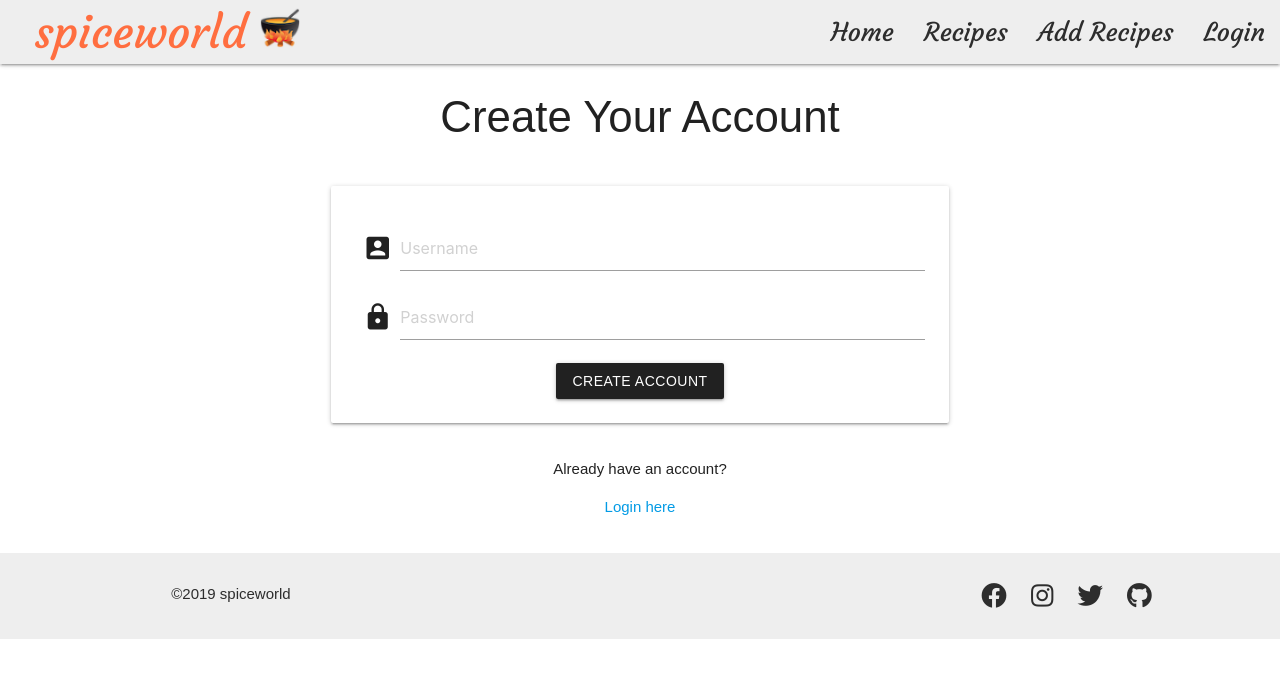
Repository: stephyraju/spiceworld
Page: templates/register.html
The author's editor kept a record of every edit. The page is drawn from the files as they stood at one moment, then again after the next edit.
The browser window is 1280 px wide. The pictures show the whole page.
Some web libraries are served in a nearby version. The page is served by the project's application, run on Flask 3 (app.py). The template is opened directly, without the code that normally fills it, so the values that code supplies are empty.

Above is the page before.

### templates/register.html
{% extends 'index.html' %} {% block content %}
<section class="register-form">
    <div class="row center">
        <h3>Create Your Account</h3>
    </div>
    <div class="row">
        <div class="col s12 m8 offset-m2 l6 offset-l3">
            <div class="card-panel login center">
                <form method="POST" action="{{url_for('register')}}">
                    <div class="input-field">
                        <i class="material-icons prefix">account_box</i>
                        <input type="text" id="username" name="username" class="form-control"
                        placeholder="Username" required>
                    </div>
                    <div class="input-field">
                        <i class="material-icons prefix">lock</i>
                        <input type="password" id="password" name="password" class="form-control"
                        placeholder="Password" required>
                    </div>
                    <a class="waves-effect waves-light btn grey darken-4">CREATE ACCOUNT</a>
                </form>
            </div>
        </div>
    </div>
    <div class="row center">
        <p class="login-register text-center">Already have an account?</p>
        <p><a href="{{url_for('index')}}"><strong>Login here</strong></a></p>

        <!-- if the user already exists,display an error message  -->
        {% with messages = get_flashed_messages() %} {% if messages %} {% for message in messages %}
        <p class="error_message">{{ message }}</p>
        {% endfor %} {% endif %} {% endwith %}

</section>
{% endblock %}

### templates/index.html
{% extends 'base.html'%} {% block content %}
<!-- Title image -->
<section class="title-container section-container">
 <img src="{{ url_for('static', filename='images/titleimg.jpg') }}" alt="title image">
 <div class="intro-content">
  <h5>Everyday Cooking Recipes</h5>
 </div>
</section>

<!-- Category -->
<section class="catergory-container section-container">
 <div class="row">
  <div class="col s1 offset-s2">
   <!-- Dropdown Trigger -->
   <a class='dropdown-trigger' href='#' data-target='dropdown1'>Starter</a>
  </div>
  <!-- Dropdown Structure -->
  <ul id='dropdown1' class='dropdown-content'>
   <li><a href="#!">one</a></li>
   <li><a href="#!">two</a></li>
   <li><a href="#!">three</a></li>
   <li><a href="#!">four</a></li>
   <li><a href="#!">five</a></li>
  </ul>

  <div class="col s1">
   <!-- Dropdown Trigger -->
   <a class='dropdown-trigger' href='#' data-target='dropdown1'>Main</a>
  </div>
  <!-- Dropdown Structure -->
  <ul id='dropdown1' class='dropdown-content'>
   <li><a href="#!">one</a></li>
   <li><a href="#!">two</a></li>
   <li><a href="#!">three</a></li>
   <li><a href="#!">four</a></li>
   <li><a href="#!">five</a></li>
  </ul>
  <div class="col s1">
   <!-- Dropdown Trigger -->
   <a class='dropdown-trigger' href='#' data-target='dropdown1'>Snacks</a>
  </div>
  <!-- Dropdown Structure -->
  <ul id='dropdown1' class='dropdown-content'>
   <li><a href="#!">one</a></li>
   <li><a href="#!">two</a></li>
   <li><a href="#!">three</a></li>
   <li><a href="#!">four</a></li>
   <li><a href="#!">five</a></li>
  </ul>
  <div class="col s1">
   <!-- Dropdown Trigger -->
   <a class='dropdown-trigger' href='#' data-target='dropdown1'>Dessert</a>
  </div>
  <!-- Dropdown Structure -->
  <ul id='dropdown1' class='dropdown-content'>
   <li><a href="#!">one</a></li>
   <li><a href="#!">two</a></li>
   <li><a href="#!">three</a></li>
   <li><a href="#!">four</a></li>
   <li><a href="#!">five</a></li>
  </ul>
  <div class="col s1">
   <!-- Dropdown Trigger -->
   <a class='dropdown-trigger' href='#' data-target='dropdown1'>Drinks</a>
  </div>
  <!-- Dropdown Structure -->
  <ul id='dropdown1' class='dropdown-content'>
   <li><a href="#!">one</a></li>
   <li><a href="#!">two</a></li>
   <li><a href="#!">three</a></li>
   <li><a href="#!">four</a></li>
   <li><a href="#!">five</a></li>
  </ul>
  <div class="col s1">
   <!-- Dropdown Trigger -->
   <a class='dropdown-trigger' href='#' data-target='dropdown1'>Baking</a>
  </div>
  <!-- Dropdown Structure -->
  <ul id='dropdown1' class='dropdown-content'>
   <li><a href="#!">one</a></li>
   <li><a href="#!">two</a></li>
   <li><a href="#!">three</a></li>
   <li><a href="#!">four</a></li>
   <li><a href="#!">five</a></li>
  </ul>
  <div class="col s1">
   <!-- Dropdown Trigger -->
   <a class='dropdown-trigger' href='#' data-target='dropdown1'>BBQ</a>
  </div>
  <!-- Dropdown Structure -->
  <ul id='dropdown1' class='dropdown-content'>
   <li><a href="#!">one</a></li>
   <li><a href="#!">two</a></li>
   <li><a href="#!">three</a></li>
   <li><a href="#!">four</a></li>
   <li><a href="#!">five</a></li>
  </ul>
  <div class="col s1">
   <!-- Dropdown Trigger -->
   <a class='dropdown-trigger' href='#' data-target='dropdown1'>Salads</a>
  </div>
  <!-- Dropdown Structure -->
  <ul id='dropdown1' class='dropdown-content'>
   <li><a href="#!">one</a></li>
   <li><a href="#!">two</a></li>
   <li><a href="#!">three</a></li>
   <li><a href="#!">four</a></li>
   <li><a href="#!">five</a></li>
  </ul>
 </div>
</section>
<!-- Carosal-Display -->
<section class="carosal-display">
 <div class="row">

  <div class="carousel">
   <a class="carousel-item" href="#one!"><img src="https://lorempixel.com/250/250/nature/1"></a>
   <a class="carousel-item" href="#two!"><img src="https://lorempixel.com/250/250/nature/2"></a>
   <a class="carousel-item" href="#three!"><img src="https://lorempixel.com/250/250/nature/3"></a>
   <a class="carousel-item" href="#four!"><img src="https://lorempixel.com/250/250/nature/4"></a>
   <a class="carousel-item" href="#five!"><img src="https://lorempixel.com/250/250/nature/5"></a>
  </div>
 </div>
</section>
<!-- Description -->
<section class="section-container div-description">
 <div class="row cells center">
  <div class="col s12">
   <h4> How Does It Work </h3>
  </div>
  <div class="col s12 m4 content">
   <h5>1.Create</h5>
   <p>Lorem ipsum dolor sit amet, consectetuer adipiscing elit, sed diam nonummy nibh euismod tincidunt ut laoreet dolore magna aliquam erat volutpat. </p>
  </div>
  <div class="col s12 m4 content">
   <h5>2.Discover</h5>
   <p>Lorem ipsum dolor sit amet, consectetuer adipiscing elit, sed diam nonummy nibh euismod tincidunt ut laoreet dolore magna aliquam erat volutpat. </p>
  </div>
  <div class="col s12 m4 content">
   <h5>3.Organize</h5>
   <p>Lorem ipsum dolor sit amet, consectetuer adipiscing elit, sed diam nonummy nibh euismod tincidunt ut laoreet dolore magna aliquam erat volutpat. </p>
  </div>
 </div>
</section>

{% endblock %}

### templates/base.html
<!DOCTYPE html>
<html lang="en">

<head>
  <meta charset="UTF-8">
  <meta name="viewport" content="width=device-width, initial-scale=1.0">
  <meta http-equiv="X-UA-Compatible" content="ie=edge">
  <title>spiceworld</title>

  <!--Import Google Icon Font-->
  <link href="https://fonts.googleapis.com/icon?family=Material+Icons" rel="stylesheet">
  <!--Font Awesome-->
  <link rel="stylesheet" href="https://use.fontawesome.com/releases/v5.8.2/css/all.css" integrity="sha384-oS3vJWv+0UjzBfQzYUhtDYW+Pj2yciDJxpsK1OYPAYjqT085Qq/1cq5FLXAZQ7Ay" crossorigin="anonymous">
  <!--Materialize CSS-->
  <link rel="stylesheet" href="https://cdnjs.cloudflare.com/ajax/libs/materialize/1.0.0/css/materialize.min.css">
  <!--CSS-->
  <link rel="stylesheet" href="{{ url_for('static', filename='css/style.css')}}" type="text/css" />

</head>

<body>

  <!--Header-->
  <header class="navbar-fixed">
    <nav>
      <div class="nav-wrapper grey lighten-3">
        <a href="#" class="brand-logo">spiceworld <img class="hide-on-med-and-down" src="{{ url_for('static', filename='images/logo.png') }}"></a>
        <a href="#" data-target="mobile-sidenav" class="sidenav-trigger"><i class="fas fa-bars"></i></a>
        <ul id="nav-mobile" class="right hide-on-med-and-down">
          <li><a href="{{ url_for('index') }}">Home</a></li>
          <li><a href="{{ url_for('get_recipes') }}">Recipes</a></li>
          <li><a href="{{ url_for('add_recipe') }}">Add Recipes</a></li>
          <li><a href="{{url_for('register')}}">Login</a></li>

        </ul>
      </div>
    </nav>
  </header>
  <!--Sidenav-->
  <ul class="sidenav" id="mobile-sidenav">
    <img class="responsive-img" src="{{ url_for('static', filename='images/sidenav.png') }}" alt="spices-image">

    <li><a class="active" href="#">Home</a></li>
    <li><a href="#!">Recipes</a></li>

    <li><a href="#">Login</a></li>
    <li><a class="waves-effect" href="#!">Third Link With Waves</a></li>
  </ul>

  <main>
    {% block content %}
    {% endblock %}
  </main>

  <footer class="page-footer grey lighten-3">

     <div class="row footer-content">
        <div class="col s5 m6">
          <div class="copyright">&copy;2019 spiceworld</div>
        </div>
        <div class="col s7 m3">
                    <a href="https://www.facebook.com/" target="_blank"><i class="fab fa-facebook social-icon"></i></a>
                    <a href="https://www.instagram.com/" target="_blank"><i class="fab fa-instagram social-icon"></i></a>
                    <a href="https://www.twitter.com/" target="_blank"><i class="fab fa-twitter social-icon"></i></a>
                    <a href="https://github.com/stephyraju" target="_blank"><i class="fab fa-github social-icon"></i></a>
        </div>

      </div>

  </footer>

  <script src="https://code.jquery.com/jquery-3.4.0.slim.js" integrity="sha256-milezx5lakrZu0OP9b2QWFy1ft/UEUK6NH1Jqz8hUhQ=" crossorigin="anonymous"></script>
  <script src="https://cdnjs.cloudflare.com/ajax/libs/materialize/1.0.0/js/materialize.min.js"></script>
  <script src="{{ url_for('static', filename='js/main.js') }}"></script>
</body>

</html>

### app.py
import os
from flask import Flask, render_template, redirect, request, url_for
from flask_pymongo import PyMongo
from bson.objectid import ObjectId

# declaring app name
app = Flask(__name__)

app.config['SECRET_KEY'] = os.getenv('SECRET')
app.config["MONGO_DBNAME"] = 'cook_book'
app.config["MONGO_URI"] = os.getenv('MONGO_URI', 'mongodb://localhost')

mongo = PyMongo(app)

@app.route('/')
@app.route('/index')
def index():
     return render_template("index.html", recipes=mongo.db.recipes.find())

#@app.route('/get_recipes',methods=['POST','GET'])
#def get_recipes():
 #   return render_template("recipes.html", recipes=mongo.db.recipes.find())


# -------CREATE---------#

@app.route('/add_recipe')
def add_recipe():
     return render_template("addrecipe.html",
               recipes=mongo.db.recipes.find(),
               categories = mongo.db.categories.find(),
               cuisines=mongo.db.cuisines.find(),
               difficulty=mongo.db.difficulty.find(),
               allergens=mongo.db.allergens.find())


@app.route('/insert_recipe', methods=['POST'])
def insert_recipe():
    print(request.form)
    print(request.form.getlist('ingredients[]'))
    print(request.form.getlist('preparation[]'))
    print(request.form.to_dict())
    recipes = mongo.db.recipes
    data = request.form.to_dict()
    data.update({'ingredients':request.form.getlist('ingredients[]')})
    data.update({'preparation':request.form.getlist('preparation[]')})
    del data['ingredients[]']
    del data['preparation[]']
    recipes.insert_one(data)
    return redirect(url_for('get_recipes'))

#-------READ--------#

@app.route("/get_recipes", methods=['POST', 'GET'])
def get_recipes():
    return render_template('recipes.html',
                         recipes=mongo.db.recipes.find(),
                         categories = mongo.db.categories.find())

@app.route('/view/recipe_id?=<id>')
def view(id):
    recipe = mongo.db.recipes.find_one({"_id": ObjectId(id)})
    return render_template('view.html',
                        title='View Recipe',
                        recipe=recipe)

#-----------UPDATE-----------#

@app.route('/edit_recipe/<recipe_id>')
def edit_recipe(recipe_id):
    recipe = mongo.db.recipes.find_one({"_id":ObjectId(recipe_id)})
    return render_template('editrecipe.html',
                            recipe=recipe,
                            categories=mongo.db.categories.find(),
                            cuisine=mongo.db.cuisine.find(),
                            difficulty=mongo.db.difficulty.find(),
                            allergens=mongo.db.allergens.find())

@app.route('/update_recipe/<recipe_id>', methods=["POST"])
def update_recipe(recipe_id):
    recipe = mongo.db.recipes
    recipe = mongo.db.recipes.find({"_id":ObjectId(recipe_id)},
        {
        'recipe_name':request.form.get('recipe_name'),
        'category_name':request.form.get('category_name'),
        'description': request.form.get('description'),
        'serves':request.form('serves'),
        'cooking_time':request.form('cooking_time'),
        'cuisine':request.form('cuisine'),
        'allergens':request.form.get('allergens'),
        'image_url' :request.file('image_url'),
        'ingredients':request.form.getlist("ingredients"),
        'preparation':request.form.getlist('preparation')
        })
    return redirect(url_for('get_recipes',recipe_id=recipe_id))

if __name__ == '__main__':
    app.run(host=os.environ.get('IP'),
            port=int(os.environ.get('PORT')),
            debug=True)

### static/css/style.css
@import url('https://fonts.googleapis.com/css?family=Courgette&display=swap');

body {
  font-family: 'ProximaNova Regular', sans-serif;
  display: flex;
  flex-direction: column;
  min-height: 100vh;
  overflow-x: hidden;
}
.section-container {
  max-width: 100%;
  margin-left: auto;
  margin-right: auto;
  padding-left: 15px;
  padding-right: 15px;
  border-radius: 5px;
}

/* -------- Nav Bar ----------*/

nav {
     font-family: 'Courgette';
}

nav .brand-logo {
    color: #ff6e40;
    font-size: 3rem;
    font-family: 'Courgette', cursive;
    -webkit-transition: 0.2s;
    -o-transition: 0.2s;
    transition: 0.2s;
}

@media screen and (min-width: 993px){
nav .brand-logo {
    margin-left: 2.3rem;
}
}
nav ul a {
  color:#2d2d2d;
  font-size: 1.7rem;
  font-family: 'Courgette';
}
nav ul a:hover,
nav ul .active {
  color:#76c14f;
}
.fa-bars{
  color: #ff6e40;
}
h4,h5{
  font-family: 'Muli','sans-serif';
}
/*--------Title----------*/

.title-container{
  position: relative;
  text-align: center;
  color: white;
  width:100%;
  margin-top: 20px;
}
.title-container img{
    display: block;
    width: 100%;
    height: 25vh;
    object-fit: cover;
    border-radius: 5px;
}

.intro-content{
  position: absolute;
  top: 50%;
  left: 70%;
  transform: translate(-50%, -50%);
}
/*--------Category---------*/

.catergory-container{
  font-size: 1.2rem;
  color:#2d2d2d;
  margin-top: 20px;
  background-color:#eeeeee;
  height:70px;
  margin-left: 15px;
  margin-right: 15px;
}
.catergory-container .row {
  padding-top: 20px;
}
.catergory-container a {
  color:#2d2d2d;
}
.catergory-container a :hover {
  color:#ff6e40 !important;
}

/*--------Description---------*/
.cells h4 {
  font-family: 'Muli','sans-serif';
}
.cells h5{
  color: #76c14f;
  font-size: 1.5rem;
  font-family: 'Courgette',sans-serif;
}
 p {
  padding-left: 30px;
  padding-right: 30px;
}
.content{
  margin-top: 20px;
  margin-bottom: 20px;
}

.recipe-card .card .card-image img {
  display: block;
  position: relative;
  width: 100%;
  height: 200px;
  }


/*--------View Recipe---------*/
.icon-color{
  color:rgb(109, 174, 177);
}
 .recipe-card .card-image{
   padding-top: 20px;
 }
 .recipe-view .card {
   background-color: #fcf4ec;
 }
 .preparation ol li {
   padding: 0px 15px 15px 15px;
 }
 .ingredients ul li {
    padding: 0px 15px 15px 15px;
    list-style-type: square;
 }
/*--------Footer---------*/

.page-footer i{
  color:#2d2d2d;
}
.page-footer i:hover{
   color:#ff6e40;
}
.page-footer {
    min-height: 45px;
}
.footer-content{
  display:flex;
  color:#2d2d2d;
}
.copyright{
  padding-top: 10px;
}
.social-icon {
  margin: 10px;
  color: white;
  font-size: 1.7rem;
}

### static/js/main.js
$(document).ready(function(){
    $('.sidenav').sidenav();
    $('.dropdown-trigger').dropdown();
    $('select').formSelect();
    $('.carousel').carousel();

  });

 var ingredientField = $(".ingredient").length;
    $("#add_ingredient").on("click", function () {
        $("select").formSelect("destroy");
        $(".new-ingredient:first").clone().insertBefore("#add_ingredient").find("input[type='text'], select, textarea").val("");
        $("select").formSelect();
        ingredientField += 1;
    });

    $("#remove_ingredient").on("click", function () {
        if (ingredientField > 1) {
            /* only remove the :last item */
            $(this).siblings(".new-ingredient:last").remove();
            /* ensure original ingredient line never gets deleted */
            ingredientField-= 1;
        }
    });


var preparationField = $(".preparation").length;
    /* add new cloned item */
    $("#add_step").on("click", function () {
        $(".new-step:first").clone().insertBefore("#add_step").find("input[type='text'], select, textarea").val("");
        /* increase counter so original direction is never removed */
       preparationField += 1;
    });
    /* delete last cloned item */
    $("#remove_step").on("click", function () {
        if ( preparationField > 1) {
            /* only remove the :last item */
            $(this).siblings(".new-step:last").remove();
            /* ensure original direction line never gets deleted */
            preparationField-= 1;
        }
    });

After the next edit:
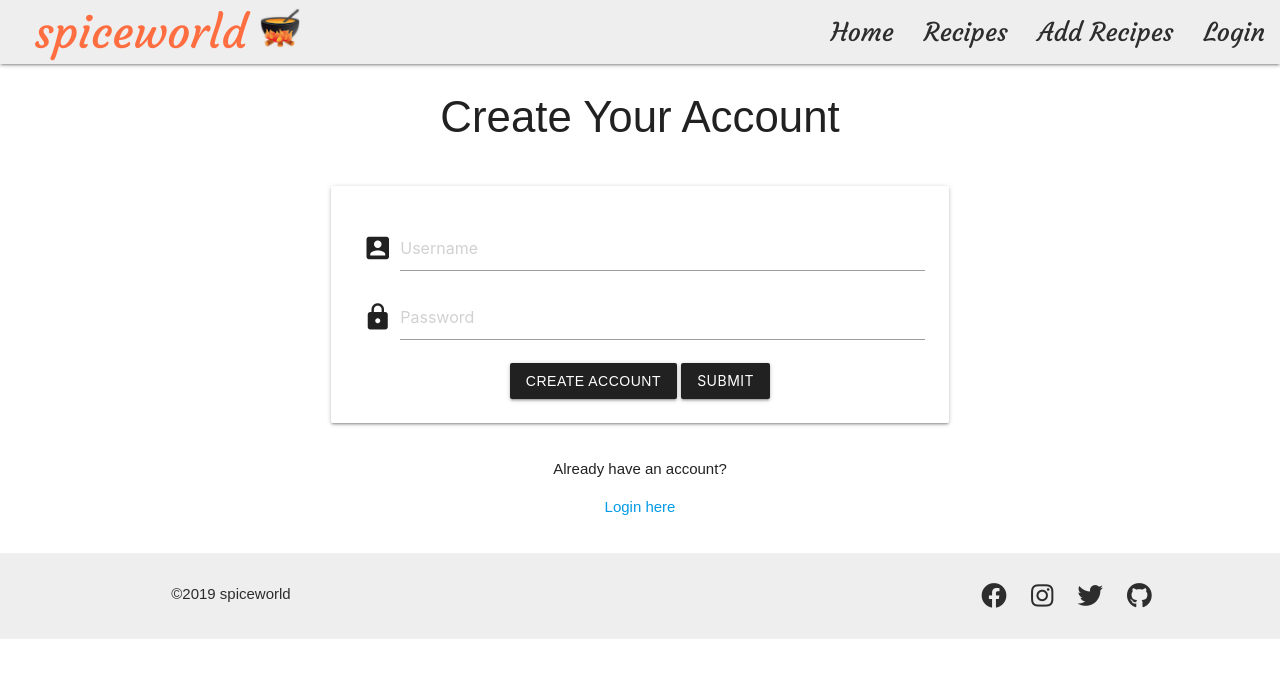
The edit:
--- a/templates/register.html
+++ b/templates/register.html
@@ -17,7 +17,10 @@
                         <input type="password" id="password" name="password" class="form-control"
                         placeholder="Password" required>
                     </div>
-                    <a class="waves-effect waves-light btn grey darken-4">CREATE ACCOUNT</a>
+                    <a class="waves-effect waves-light btn grey darken-4" type="submit" name="action">CREATE ACCOUNT</a>
+                    <button class="btn waves-effect waves-light btn grey darken-4" type="submit" name="action">Submit
+
+  </button>
                 </form>
             </div>
         </div>
